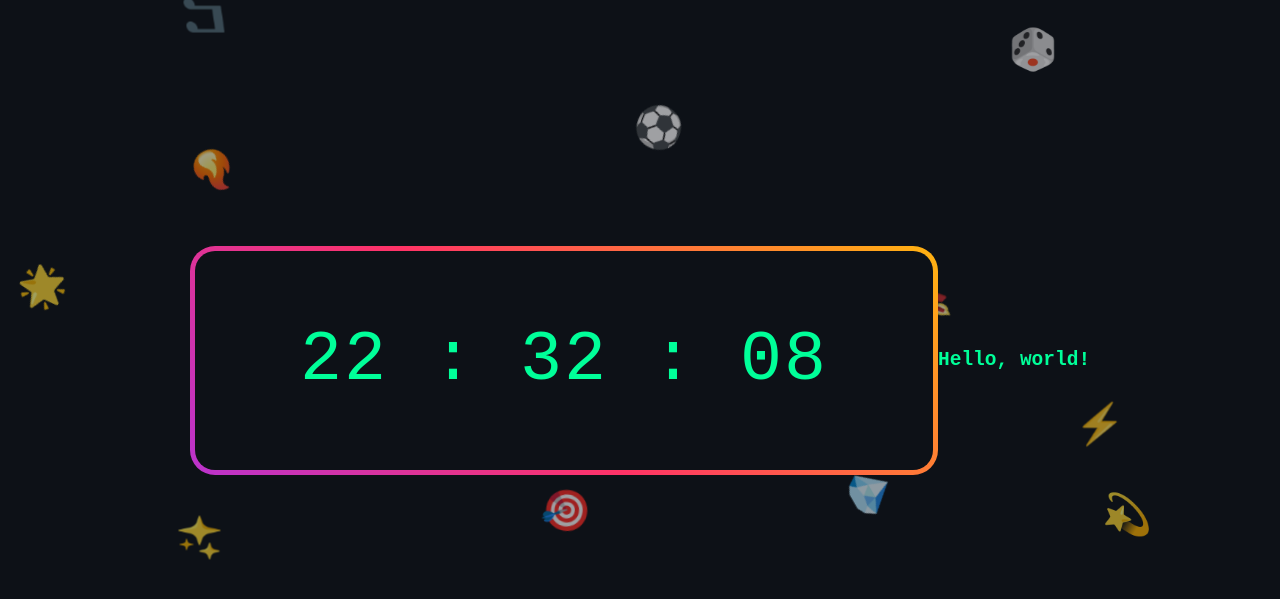
Repository: trunghau06/baiTapJs
Page: index.html
The author's editor kept a copy of each file at every save. The page is drawn from the files as they stood at one save, then again after the next save.
The browser window is 1280 px wide. The pictures show the whole page.

Above is the page before, as saved 2025-10-21 18:01:37.

After the next save:
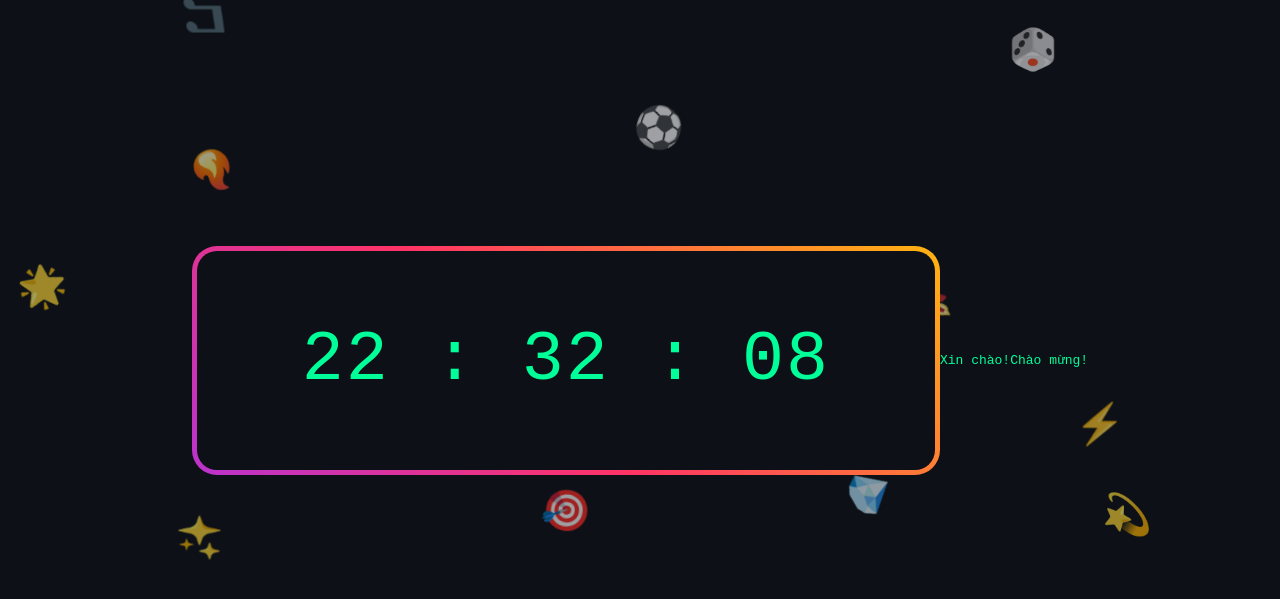
Saved 3 min 8 s later.
--- a/index.html
+++ b/index.html
@@ -31,10 +31,15 @@
 <!DOCTYPE html>
 <html>
 <body>
-  <h2 id="heading">Xin chào!</h2>
+  <p class="intro">Xin chào!</p>
+  <p class="intro">Chào mừng!</p>
 
   <script>
-    document.getElementById("heading").innerHTML = "Hello, world!";
+    // Lấy tất cả phần tử có class "intro"
+    let elements = document.getElementsByClassName("intro");
+
+    // In ra mảng các phần tử có class "intro"
+    console.log(elements);
   </script>
 </body>
 </html>
